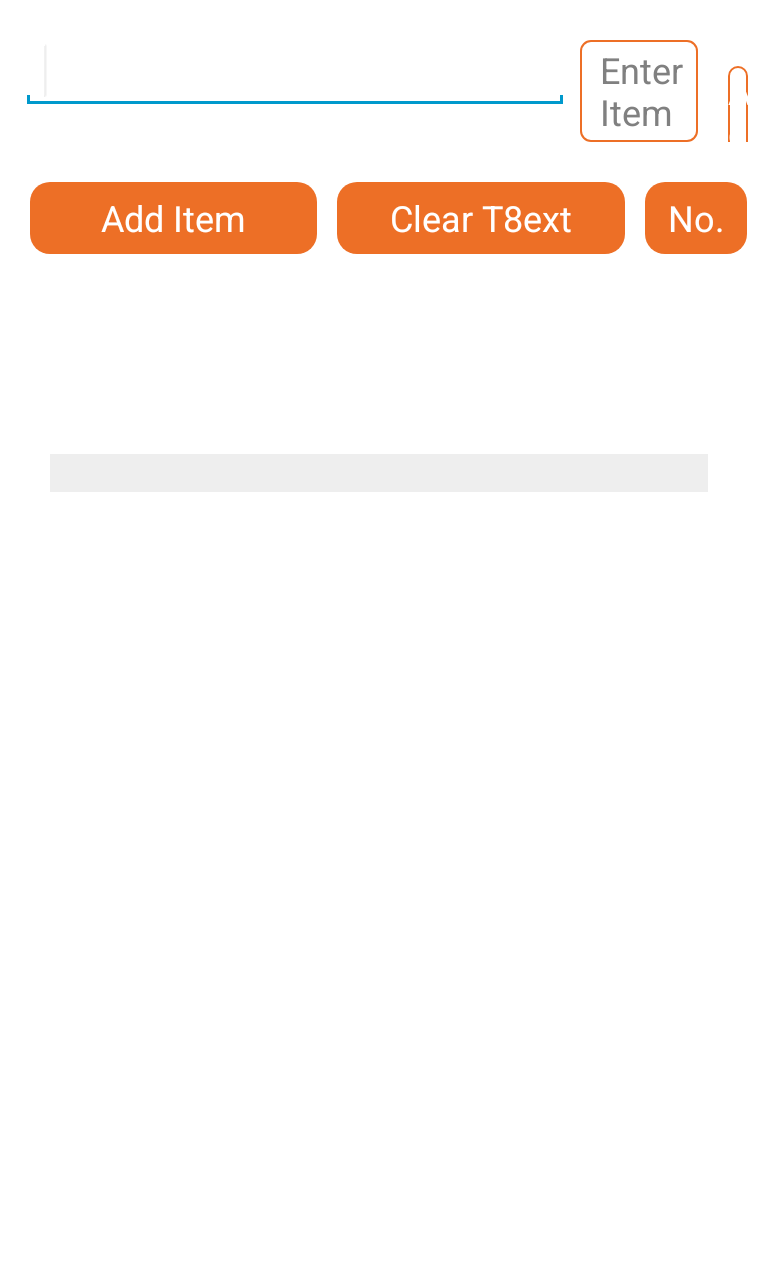
Repository: ianDervan/FYP_ShopSmart
Layout: FYP/ShopSmart/res/layout/activity_shopping_list.xml
These files come from the project's save history. The layout is drawn as it stood at one moment and after the next save; the edit follows.
It is drawn on a 768 x 1280 px phone screen (xhdpi) without system bars, with theme AppTheme; the app's code is not run.

Above is the layout before, as saved 2015-01-16 21:32:21.

### FYP/ShopSmart/res/layout/activity_shopping_list.xml
<?xml version="1.0" encoding="utf-8"?>
<LinearLayout xmlns:android="http://schemas.android.com/apk/res/android"
     android:layout_width="match_parent"
     android:layout_height="match_parent"
     android:orientation="vertical"
     android:padding="10dip" >

    <LinearLayout
        android:layout_width="fill_parent"
        android:layout_height="wrap_content"
        android:orientation="horizontal" >

        <EditText
            android:id="@+id/editText1"
            android:layout_width="wrap_content"
            android:layout_height="wrap_content"
            android:layout_weight="1"
            android:ems="10" >

            <requestFocus />
        </EditText>

        <AutoCompleteTextView
            android:id="@+id/autocomplete"
            android:layout_width="0dp"
            android:layout_height="51dp"
            android:layout_marginLeft="5dp"
            android:layout_marginTop="10dp"
            android:layout_weight=".9"
            android:background="@drawable/customeditext"
            android:dropDownWidth="340dp"
            android:hint="Enter Item"
            android:paddingLeft="10dp" />

        <EditText
            android:id="@+id/quantity"
            android:layout_width="0dp"
            android:layout_height="50dp"
            android:layout_weight="0.15"
            android:layout_marginLeft="15dp"
            android:layout_marginTop="10dp"
            android:background="@drawable/customeditext"
            android:text="Add"
            android:textColor="#FFFFFF"
            android:ems="10"/>
    </LinearLayout>

     <LinearLayout
        android:layout_width="fill_parent"
        android:layout_height="wrap_content"
        android:layout_marginTop="10dp"
        android:layout_marginLeft="5dp"
        android:orientation="horizontal" >

        <Button
            android:id="@+id/Button02"
            android:layout_width="0dp"
            android:layout_height="36dp"
            android:layout_marginTop="10dp"
            android:layout_weight="0.42"
            android:background="@drawable/custombutton_lr"
            android:text="Add Item"
            android:textColor="#FFFFFF" />

        <Button
            android:id="@+id/cleartext"
            android:layout_width="0dp"
            android:layout_height="36dp"
            android:layout_weight="0.42"
            android:layout_marginLeft="10dp"
            android:layout_marginTop="10dp"
            android:background="@drawable/custombutton_lr"
            android:text="Clear T8ext"
            android:textColor="#FFFFFF" />

        <Button
            android:id="@+id/btn_2"
            android:layout_width="0dp"
            android:layout_height="36dp"
            android:layout_weight="0.15"
            android:layout_marginLeft="10dp"
            android:layout_marginTop="10dp"
            android:background="@drawable/custombutton_lr"
            android:text="No."
            android:textColor="#FFFFFF" />
    </LinearLayout>

     <LinearLayout
         android:layout_width="fill_parent"
         android:layout_height="wrap_content"
         android:layout_marginTop="50dp"
         android:orientation="vertical" >


         <ScrollView
             android:id="@+id/ScrollView01"
             android:layout_width="match_parent"
             android:layout_height="0dp"
             android:layout_weight="2"
             android:layout_marginTop="50dp" >

             <TextView
                 android:id="@+id/txtMsg"
                 android:layout_width="match_parent"
                 android:layout_height="wrap_content"
                 android:layout_marginLeft="15dp"
                 android:layout_marginRight="20dp"
                 android:background="#ffeeeeee" />
         </ScrollView>

     </LinearLayout>
 </LinearLayout>

### FYP/ShopSmart/res/drawable/customeditext.xml
<?xml version="1.0" encoding="utf-8"?>

<shape xmlns:android="http://schemas.android.com/apk/res/android"
	android:shape="rectangle" android:padding="10dp">
	<solid android:color="#FFFFFF" />
	<corners
	    android:bottomRightRadius="5dp"
		android:bottomLeftRadius="5dp"
		android:topLeftRadius="5dp"
		android:topRightRadius="5dp" />
	<stroke android:width="1dip" android:color="#ED6F26"/>

</shape>

### FYP/ShopSmart/res/drawable/custombutton_lr.xml
<?xml version="1.0" encoding="utf-8"?>

<shape xmlns:android="http://schemas.android.com/apk/res/android"
     android:shape="rectangle">
     <solid android:color="#ED6F26"/>
     <corners android:bottomLeftRadius="10dp"
         android:bottomRightRadius="10dp"
         android:topLeftRadius="10dp"
         android:topRightRadius="10dp"/>
 </shape>

Loaded but not shown: FYP/ShopSmart/res/values/styles.xml (common file); FYP/ShopSmart/res/values-v11/styles.xml (common file); FYP/ShopSmart/res/values-v14/styles.xml (common file)

After the next save:
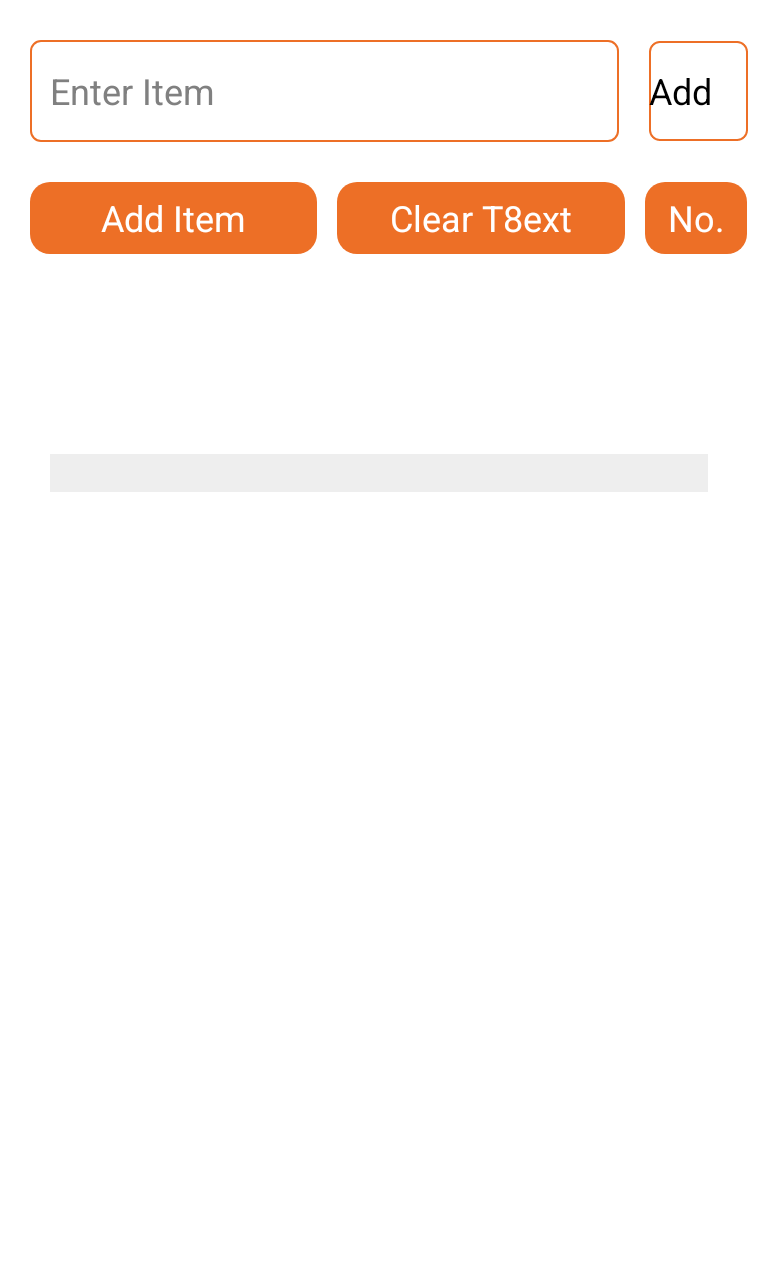
Saved 57 s later.
--- a/FYP/ShopSmart/res/layout/activity_shopping_list.xml
+++ b/FYP/ShopSmart/res/layout/activity_shopping_list.xml
@@ -9,16 +9,6 @@
         android:layout_width="fill_parent"
         android:layout_height="wrap_content"
         android:orientation="horizontal" >
-
-        <EditText
-            android:id="@+id/editText1"
-            android:layout_width="wrap_content"
-            android:layout_height="wrap_content"
-            android:layout_weight="1"
-            android:ems="10" >
-
-            <requestFocus />
-        </EditText>
 
         <AutoCompleteTextView
             android:id="@+id/autocomplete"
@@ -41,8 +31,7 @@
             android:layout_marginTop="10dp"
             android:background="@drawable/customeditext"
             android:text="Add"
-            android:textColor="#FFFFFF"
-            android:ems="10"/>
+            />
     </LinearLayout>
 
      <LinearLayout
